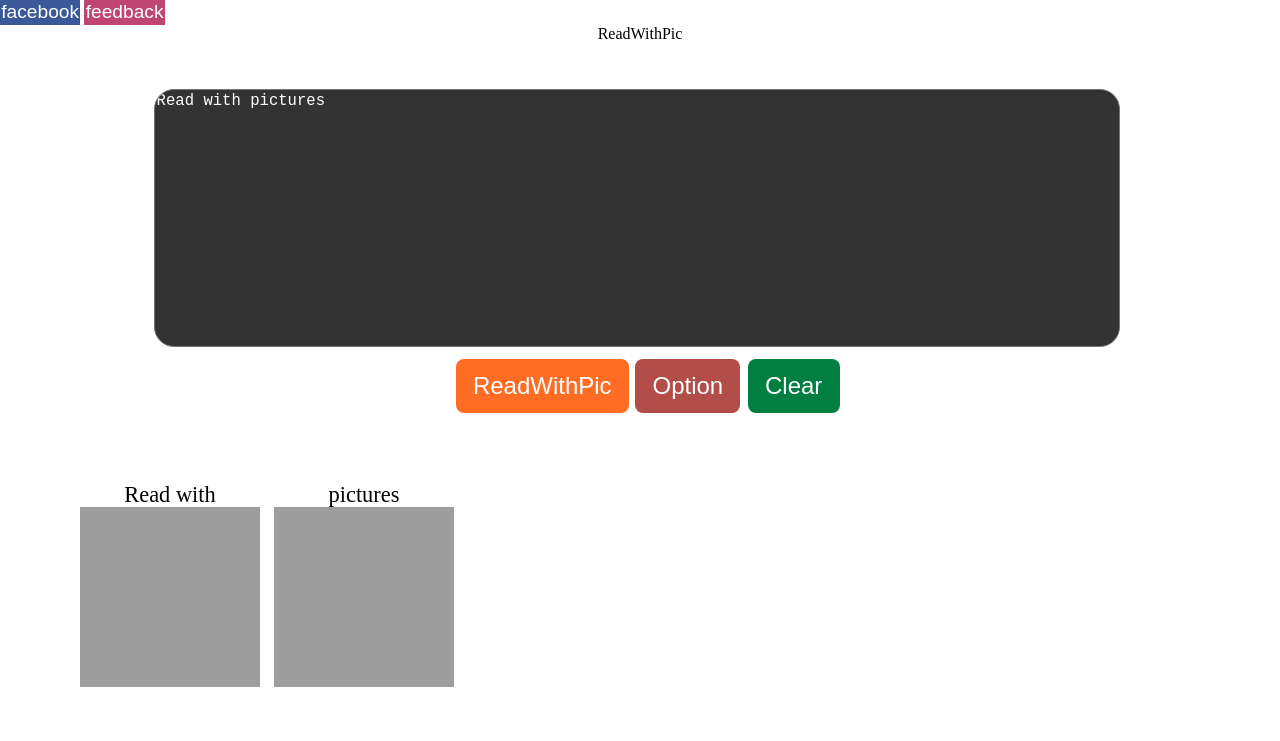
Repository: readwithpic/readwithpic.github.io
Page: index.html
The author's editor kept a record of every edit. The page is drawn from the files as they stood at one moment, then again after the next edit.
The browser window is 1280 px wide. The pictures show the whole page.
Pictures or frames that could not be fetched are drawn as grey boxes. Some web libraries are served in a nearby version.

Above is the page before.
Console error: TypeError: Cannot read properties of undefined (reading 'length')

### index.html
<!DOCTYPE html>
<html>

    <head>
        <meta charset="utf-8">
        <link rel="stylesheet" type="text/css" href="style.css" />
        <script src="https://ajax.googleapis.com/ajax/libs/jquery/2.1.3/jquery.min.js"></script>
        <script type="text/javascript" src="jscript.js"></script>
    </head>

    <body>
        <!-- <button type="button" id="feedback">Feedback</button>-->
        <!--Facebook Code-->
        <div class="social">
            <button type="button" class="facebook" onclick="window.open('https://www.facebook.com/readwithpic','_blank')">facebook
            </button>
            <button type="button" class="feedback"  onclick="window.open('https://www.facebook.com/readwithpic','_blank')">feedback
            </button>
        </div>
        <div class="logo"><a href="http://readwithpic.github.io" class="linkColor">ReadWithPic</a>
        </div>
        <div id="textBox">
            <div>
                <button type="button" id="roundB">
                    <p class="msg">R..</p>
                </button>
                <button type="button" id="closeB">
                    <p class="msg">X</p>
                </button>
            </div>
            <div>
                <textarea rows="10" cols="80" id="textInput" name="texthere">Read with pictures</textarea>
            </div>
            <div class="optionBox">
                <form action="#">
                    <div id="checkboxP">
                        <input type="checkbox" name="option" id="funny">
                        <label for="funny"><span class="cText"> Humour</span></label>
                    </div>
                    <div id="divAni">
                        <input type="checkbox" name="option" id="ani">
                        <label for="ani"><span class="cText">Animation</span></label>
                    </div>
                </form>
            </div>
            <div class="mainGroup">
                <div class="group">
                    <div id="buttonSpin">
                        <div class="spinner">
                            <div class="bounce1"></div>
                            <div class="bounce2"></div>
                            <div class="bounce3"></div>
                        </div>
                    </div>
                    <button type="button" id="convert">ReadWithPic</button>
                    <button type="button" id="option"><span id='optionText'>Option</span><span id='optionClose'>X</span></button>
                    <button type="button" id="clear">Clear</button>
                </div>
            </div>
        </div>
        <div class="front">
            <ul>
                <li class="showIt">
                    <figure>
                        <img src="http://www.auburn.edu/academic/education/reading_genie/navig/read.gif" height=180 width=180>
                        <figcaption>
                            <p class='withPic'>Read with</p>
                        </figcaption>
                    </figure>
                </li>
                <li class="showIt">
                    <figure>
                        <img src="https://pbs.twimg.com/profile_images/425063504039538688/sO0mRdKW.jpeg" height=180 width=180>
                        <figcaption>
                            <p class='withPic'>pictures</p>
                        </figcaption>
                    </figure>
                </li>
            </ul>
        </div>
        <!--debug <button type="button" id="loadme">Load</button>
            <button type="button" id="debug">debug</button>
           -->
        <div id="display">
            <ul>
                <li id="listLoad">
                    <div id="loadingSpin">
                        <div class="spinner">
                            <div class="bounce1"></div>
                            <div class="bounce2"></div>
                            <div class="bounce3"></div>
                        </div>
                    </div>
                </li>
            </ul>
        </div>
        <div><span id="sDebug"> </span><span id="what"></span>
        </div>
    </body>

</html>

### style.css
html, body { height: 100%; width: 100%; margin: 0; }


.logo{
    text-align:center;
    cursor:hand;
}

a:link {
    text-decoration: none;
}

a:visited {

    text-decoration: none;
}

a:hover {
    text-decoration: none;
}

a:active {
    text-decoration: none;

}
.linkColor{
    color:black;
}
.facebook{
   cursor:pointer;
   text-align:center;
   background-color: #3763A8;
   color: white;
   font-size: 1.2em;
   text-decoration: none;
   padding: 0.1% 0.1% ;
   border: none;
}

.facebook:hover{
    background-color:#3b5998;
}

#facebook:active{
    background-color:#3763A8;
}

.feedback{
   cursor:pointer;
   text-align:center;
   background-color: #BF4572;
   color: white;
   font-size: 1.2em;
   text-decoration: none;
   padding: 0.1% 0.1% ;
   border: none;
}

.feedback:hover{
    background-color:#7F2E4C;
}

.feedback:active{
    background-color:#BF4572;
}

.fb-like{
    width:200px;
}

li {
    display: inline-block;
    text-align:center;
    height:250px;
    padding-left:-100px;
}

.showIt{
    display:inline-block;
}

img{
    margin-right:-70px;
    float:left;
    padding:0px 0px 0px 0px;
}

#searchbox {
    width:600px;
    height:200px;
}

p {
 display:inline;
}

.withPic{
    font-size:1.4em;
    position:relative;
    left:35px;
    top:-205px;
    z-index:-1;
}
.onlyText{
 margin-left:4px;
}

#sDebug{
    background-color:brown;
}

#what{
    background-color:red;
}

/*half page div box */
#textBox{
  position:absolute;
  width:100%;
  height:50%;
}

textarea{
    -webkit-overflow-scrolling: touch;
}

#textInput{
    color:white;
    font-size:1.2em;
    position:absolute;
    display:block;
    resize:none;
    top:13%;
    left:12%;
    width:75%;
    height:70%;
    background-color:#333333;
    -moz-border-radius: 10px;
    -webkit-border-radius: 10px;
    border-radius: 20px;

}

#textInput:focus{
  border-color: #FF6C24;
  outline:none;
}

.front{
    position:relative;
    top:60%;
}

.optionBox{
    position:fixed;
    top:14%;
    background-color:#B24D4A;
    width:190px;
    height:90px;
    color:white;
    border-top-right-radius:20px;
    border-bottom-right-radius:20px;
    display:none;
}

#optionText{
    display:block;
}

#optionClose{
   margin-left:28.5px;
   margin-right:26px;
   display:none;
}

.cText{
   font-size:1.5em;
}

input[type=checkbox]
{
  display:inline-bloc;
   margin-left:15px;
   margin-top:15px;
   margin-right:10px;
  /* Double-sized Checkboxes */
  -ms-transform: scale(3); /* IE */
  -moz-transform: scale(3); /* FF */
  -webkit-transform: scale(3); /* Safari and Chrome */
  -o-transform: scale(3); /* Opera */
  padding: 10px;
}

.mainGroup {
    float:left;
    position:relative;
    top:88%;
    left:44%;
}

.group {
    width:215px;
    float:left;
    position:relative;
    left:-50%;
}

#divAni{
    margin-top:10px;
}
#convert  {
    display:inline-block;
    text-align:center;
    background-color: #FF6C24;
   -webkit-border-radius: 8px;
    -moz-border-radius: 8px;
    border-radius: 8px;
     color: white;
   font-size: 1.5em;
   text-decoration: none;
   padding: 6% 8% ;
   border: none;
   }

#convert:hover{
    background-color:#E55900;
}

#convert:active {
   background-color: #993D00;
   }

#convert:disabled{
background-color:#FFAA70;
}

#buttonSpin{
    position:absolute;
    margin-top:10%;
    margin-left:28%;
    display:none;
}

#clear{
    position:absolute;
    display:inline-block;
    margin-left:119px;
    text-align:center;
    background-color: #007F41;
   -webkit-border-radius: 8px;
    -moz-border-radius: 8px;
    border-radius: 8px;
   color: white;
   font-size: 1.5em;
   text-decoration: none;
   padding: 6% 8% ;
   border: none;
   }

#clear:hover {
   background-color:  #00683B;
   }


#clear:active {
   background-color: #007F41;
   }

#option{
    position:absolute;
    margin-left: 6.5px;
    text-align:center;
    background-color:#B24D4A;
   -webkit-border-radius: 8px;
    -moz-border-radius: 8px;
    border-radius: 8px;
   color: white;
   font-size: 1.5em;
   text-decoration: none;
   padding: 6% 8% ;
   border: none;
   }

#option:hover {
   background-color:#B23734;
   }


#option:active {
   background-color:#B24D4A;
   }


#roundB{
  position:fixed;
  top:1.5%;
  right:5%;
  width:50px;
  height:50px;
  background-color: #FF6C24;
  border-radius:50%;
  border: none;
  text-align:center;
  font-size:2em;
  color:white;
  display:none;
}

#roundB:hover{
    background-color:#E55900;
}

#roundB:active {
   background-color: #FF6C24;
   }

#closeB{
  position:fixed;
  top:1.5%;
  right:5%;
  width:50px;
  height:50px;
  background-color:#FF4024;
  border-radius:50%;
  border: none;
  text-align:center;
  font-size:2em;
  display:none;
}

#closeB:hover{
    background-color:#B20A00;
}

#closeB:active {
   background-color:#FF4024;
}



















/* Loading */
#listLoad{
  position:relative;
  width:180px;
  height:180px;
  display:none;
}

#loadingSpin{
    position:absolute;
    top:77px;
    left:67px;
    z-index:-2;
}

spinner {
  margin-left:100px;
  width: 70px;
  text-align: center;
}

.spinner > div {
  width: 15px;
  height: 15px;
  background-color: #333;
  border-radius: 100%;
  display: inline-block;
  -webkit-animation: bouncedelay 1.4s infinite ease-in-out;
  animation: bouncedelay 1.4s infinite ease-in-out;
  /* Prevent first frame from flickering when animation starts */
  -webkit-animation-fill-mode: both;
  animation-fill-mode: both;
}

.spinner .bounce1 {
  -webkit-animation-delay: -0.32s;
  animation-delay: -0.32s;
}

.spinner .bounce2 {
  -webkit-animation-delay: -0.16s;
  animation-delay: -0.16s;
}

/* loading end */

@-webkit-keyframes bouncedelay {
  0%, 80%, 100% { -webkit-transform: scale(0.0) }
  40% { -webkit-transform: scale(1.0) }
}

@keyframes bouncedelay {
  0%, 80%, 100% {
    transform: scale(0.0);
    -webkit-transform: scale(0.0);
  } 40% {
    transform: scale(1.0);
    -webkit-transform: scale(1.0);
  }
}

### jscript.js
var link = new Array();
var link2 = new Array();
//looping variables and interger only
var k, j, i, h, startNum, constantV, calNum;
var filterWords = ["is", "are", "all", "another", "any", "anybody", "anyone", "anything", "botheach", "each", "other", "either", "everybody", "everyone", "everything", "few", "he", "her", "hers", "herself", "him", "himself", "his", "it", "its", "itself", "many", "me", "mine", "more", "most", "much", "myself", "neither", "no", "one", "nobody", "none", "nothing", "another", "other", "others", "ours", "ourselves", "several", "she", "some", "somebody", "someone", "something", "their", "theirs", "them", "themselves", "these", "they", "this", "those", "us", "we", "what", "whatever", "which", "whichever", "who", "whoever", "whom", "whomever", "whose", "you", "your", "yours", "yourself", "yourselves", "that", "it's", "time", "person", "year", "way", "day", "thing", "man", "world", "life", "hand", "part", "child", "eye", "woman", "place", "work", "week", "case", "point", "government", "company", "number", "group", "problem", "fact", "be", "have", "do", "say", "get", "make", "go", "know", "take", "see", "come", "think", "look", "want", "give", "use", "find", "tell", "ask", "work", "seem", "feel", "try", "leave", "call", "good", "new", "first", "last", "long", "great", "little", "own", "other", "old", "right", "big", "high", "different", "small", "large", "next", "early", "young", "important", "few", "public", "bad", "same", "able", "to", "of", "in", "for", "on", "with", "at", "by", "from", "up", "about", "into", "over", "after", "beneath", "under", "above", "the", "and", "a", "that", "", "it", "not", "he", "as", "you", "this", "but", "his", "they", "her", "she", "or", "an", "will", "my", "one", "all", "would", "there", "their", "aboard", "about", "above", "across", "after", "against", "along", "amid", "among", "around", "as", "at", "before", "behind", "below", "beneath", "beside", "besides", "between", "beyond", "but", "by", "concerning", "considering", "despite", "down", "during", "except", "excepting", "excluding", "following", "for", "from", "in", "inside", "into", "like", "minus", "near", "of", "off", "on", "onto", "opposite", "outside", "over", "past", "per", "plus", "regarding", "round", "save", "since", "than", "through", "to", "toward", "towards", "under", "underneath", "unlike", "until", "up", "upon", "versus", "via", "with", "within", "without"];
var lastList, textInput, myScroll, loadList, count,option,animation, userInput, cleanSent, search;
var $win, $doc, $list, $textArea, $roundB, $closeB, $buttonSpin, $funny, $ani;

$(document).ready(function () {
    $list = $('li');
    textInput = $('#textInput');
    loadList = $('#listLoad');
    $win = $(window);
    $doc = $(document);
    $textArea = $('textarea');
    $roundB = $('#roundB');
    $closeB = $('#closeB');
    $buttonSpin=$('#buttonSpin');
    $funny=$('#funny');
    $ani=$('#ani');

    //Enable or Disable readwithpic button
    $textArea.keyup(function () {
        if ($(this).val() && $('li').length > 1) {
            $('#readwithpic').removeAttr('disabled');
        } else {
            $('#readwithpic').attr('disabled', 'disabled');
        }
    });

    $('#readwithpic').click(function () {
        //avoid rapid click from user
        $('#readwithpic').attr('disabled', 'disabled');

        //Immediately remove two front pictures
        $('.frontDisplay').remove();

        //textarea animation effect during middle of screen
        if (textInput.height() > 350) {
            $('#textInput').fadeOut('fast');
            $('.mainGroup').fadeOut('fast');
            $closeB.hide();

        //textarea animation effect at home page
        } else {
            $('#textInput').slideUp('fast');
            $('.mainGroup').fadeOut('fast');
        }

        //Option display for humor and animation    ----START--->
        if($funny.is(':checked')){
            option='funny';
        }else{
            option='';
        }

        if($ani.is(':checked')){
            animation='imgtype=animated&';
        }else{
            animation='';
        }

        //Don't show list of option at home page unless user pressed option button
        $('.optionBox').hide();

        //option button text
        $('#optionText').show();

        //hide option button close logo
        $('#optionClose').hide();
        //Option display    ----END----<

        //main brain of textarea    ----START---->
        count = 0;
        h = 0;
        j = 0;
        myScroll = 0;
        // default number of search images to be loaded at first
        startNum = 30;
        //constantV is assigned to calNum to load given number consistant images after each scroll
        calNum = startNum;
        link.length = 0;
        link2.length = 0;
        $('#what').empty();
        $('.onlyText').remove();
        userInput = $('textarea[name=texthere]').val();
        cleanSent = userInput.replace(/\s+/g, ' ');// remove more than 1 space.
        search = cleanSent.split(" ");//seperate each words from the sentence and put in array.
        callAjax(search[j]); //callAjax is the main function to get look for image
        //brain transfer            ----END----<

        //Remove all the lists
        $('li').remove();

        //Display loading sign as a first list element
        $('#display ul').append(loadList);

        //Display loading while ajax request
        loadList.show();

        //small upperight-corner round button
        $roundB.show('fast');
        $buttonSpin.show();
    });

    //Empty textarea
    $('#clear').click(function () {
        $textArea.val('');
    });

    //Option box
    $('#option').click(function() {
        if($('.optionBox').is(':visible')){
            $('.optionBox').hide();
            $('#optionText').show();
            $('#optionClose').hide();
        }else{
            $('.optionBox').show();
            $('#optionText').hide();
            $('#optionClose').show();
        }
    });

    //Text are control(round button)    ---START--->
    $('#roundB').click(function () {
        //display textBox at the middle of screen.
        $('#textInput').css({
            'position': 'fixed',
                'top': '10%',
                'left': '9%',
                'width': '80%',
                'height': '70%'
        });
        $('.mainGroup').css({
            'position': 'fixed',
                'top': '82%'
        });
        $('#textInput').fadeIn('fast');
        $('.mainGroup').fadeIn('fast');
        $('#closeB').show();
        $('.optionBox').css({
            'position': 'fixed',
                'top': '14%',
        });
        $(this).hide();
    });

    //close button
    $('#closeB').click(function () {
        $('#textInput').fadeOut('fast');
        $('.mainGroup').fadeOut('fast');
        $roundB.show();
        $('.optionBox').hide();
         $('#optionText').show();
        $('#optionClose').hide();
        $(this).hide();
    });
    //text are control button   ---END---<


    $win.resize(function () {
        // load the rest of screen if the user reduce the zoom less than 100%
        if (lastList.offset().top < $win.height() && myScroll === 1) {
            myScroll = 1;
            $win.scroll();
        }
    });


    //load additiona pictures when user scroll.
    $win.scroll(function () {
        if ($win.scrollTop() + $win.height() > $doc.height() - $doc.height() / 4 && myScroll === 1 && j < search.length) {
            h = 0;
            //To reuse same Array link2
            link.length = 0;
            link2.length = 0;

            //load number of images after each scroll
            constantV = 10;

            //reintalize the calNum to display given constant number of images accross the screen
            calNum += constantV;
            callAjax(search[j]);
            myScroll = 0;
        } else if (j === search.length) {
            loadList.hide();
        }
    });

    //dubugging zone
    $('#debug').click(function () {
        $('#sDebug').append('<br>' + "Linklength1 : " + link.length + '<br>');
        $('#sDebug').append("Linklength2 : " + link2.length + '<br>');
        $("#sDebug").append("dubug j value :" + j + '<br>');
        $('#sDebug').append("dubug i value:" + i + '<br>');
        $('#sDebug').append("dubug count value:" + count + '<br>');
        $('#sDebug').append("dubug k value:" + k + '<br>');
    });
});

function callAjax(index) {
    var choice,animationPic;
    var rand=Math.floor(Math.random() * 3);

    if( rand === 1 && option==='funny'){
        choice='funny';
    }else{
        choice='';
    }

    if((rand === 1 || rand === 2) && animation === 'imgtype=animated&'){
        animationPic = 'imgtype=animated&';
    }else{
        animationPic = '';
    }

    var look = new URL('https://ajax.googleapis.com/ajax/services/search/images?v=1.0&safe=active&' + animationPic + 'q=' + choice + index + '&callback=?');
    $.ajax({
        url:look,
        dataType: 'json',
        success: function (data) {
            if (data.responseData.results.length === 0) {
                if (j < startNum) {
                    link[j] = "http://upload.wikimedia.org/wikipedia/commons/9/98/MA_Route_blank.svg";
                    j++;
                } else {
                    link2[h] = "http://upload.wikimedia.org/wikipedia/commons/9/98/MA_Route_blank.svg";
                    j++;
                    h++;
                }
            } else {
                if (j < startNum) {
                    link[j] = data.responseData.results[0].url;
                    j++;
                } else {
                    link2[h] = data.responseData.results[0].url;
                    j++;
                    h++;
                }
            }
            //checked against the calNum to make sure it doesn't load images more then startNum(default number of images to be load at first)
            if (j < search.length && j < calNum) {
                callAjax(search[j]);
            } else {
                show();
            }
        }
    });
}

//function do display first 30 words
function show() {
    var loopNum;
    i = 0;

    //slideUp or fadeOut the textarea and button
    if (count === 0) {
        for (i; i < j; i++) {;
            //indexOf(search[j]) returns -1 if the value is not present inside array search[j];
            //check if search[j] is not the first html list element
            if (filterWords.indexOf(search[i]) !== -1 && $list.length > 0) {
                $('.withPic').last().append('<p class=onlyText>' + search[i] + '</p>');
            } else {
                $('#display ul').append('<li class="showIt">' + '<figure>' + '<img src="' + link[i] + '" height=180 width=180>' +
                    '<figcaption>' + '<p class=withPic>' + search[i] + '</p>' + '</figcaption>' + '</figure>' + '</li>');
            }
        }
        $buttonSpin.hide();

        //get the last list element
        lastList = $('li:last').attr('class', 'showIt');

        //always put the loading at the last element
        $('#display ul').append(loadList);

        //disable this for loop
        count = 1;

        //initiate scroll
        myScroll = 1;

        //for bigger bigger resolution or screen to load more list element than intiated max startNum value
        if (lastList.offset().top < $win.height()) {
            $win.scroll();
        }
    } else {
        k = 0;
        //to run the loop if the value of constantV is less then link2.length.
        if (link2.length < constantV) {
            i = j - link2.length;
            loopNum = i + link2.length;
            //$('#what').append('<br>' + 'insideLOOPNUM: ' + loopNum);
            //Once value of j arrives here it'll be orginal value + constantV because callAjax function have already run twice
        } else {
            i = j - constantV;
            loopNum = i + constantV;
        }
        for (i; i < loopNum; i++) {
            //indexOf(search[j]) returns -1 if the value is not present inside array search[j];
            //check if search[j] is not the first html list element
            if (filterWords.indexOf(search[i]) !== -1 && $list.length > 0) {
                $('.withPic').last().append('<p class=onlyText>' + search[i] + '</p>');
            } else {
                $('#display ul').append('<li class="showIt">' + '<figure>' + '<img src="' + link2[k] + '" height=180 width=180>' +
                    '<figcaption>' + '<p class=withPic>' + search[i] + '</p>' + '</figcaption>' + '</figure>' + '</li>');
            }
            k++;
            //for debug purposes
            // $('#what').append('<br>' + 'insideIvalue: ' + i);
            // $('#what').append('<br>' + 'insideKvalue: ' + k);
            // $('#what').append('<br>' + 'insideJvalue: ' + j);
        }

        $('#display ul').append(loadList);

        myScroll = 1;

        if (lastList.offset().top < $win.height()) {
            $win.scroll();
        }
    }
}

After the next edit:
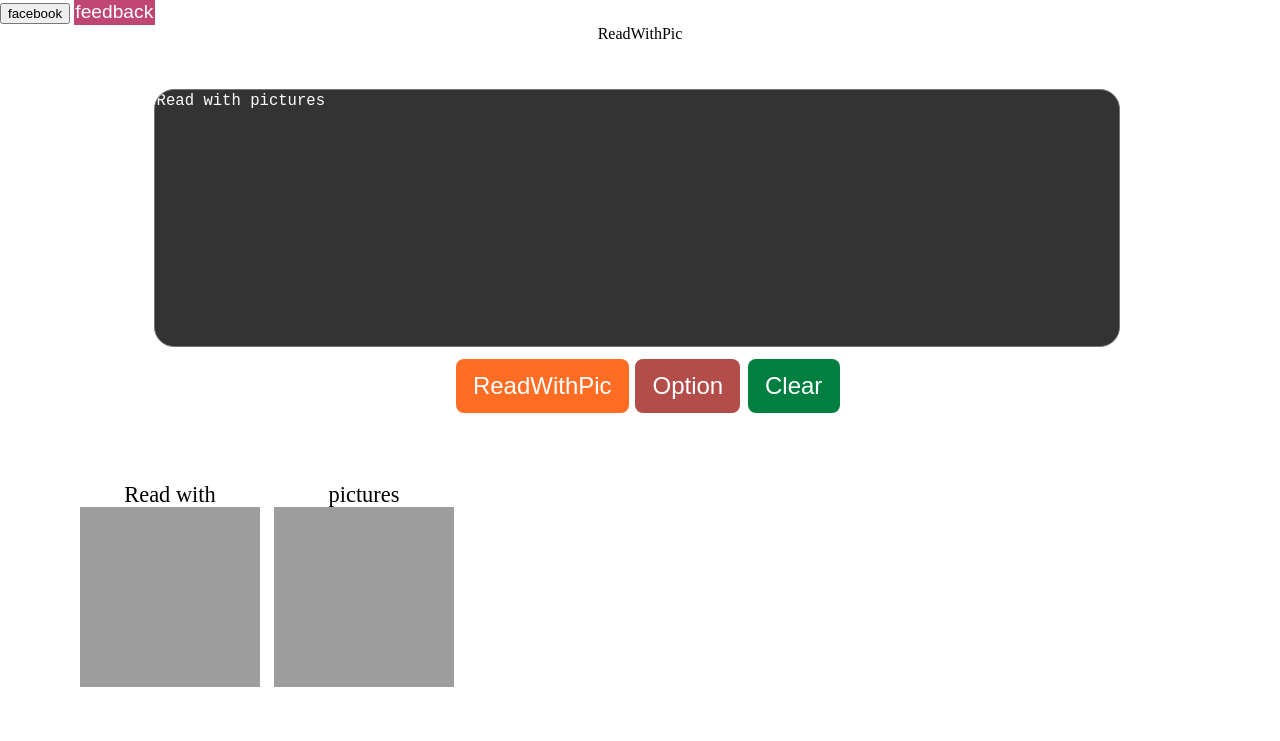
The edit:
--- a/style.css
+++ b/style.css
@@ -26,7 +26,7 @@
 .linkColor{
     color:black;
 }
-.facebook{
+#facebook{
    cursor:pointer;
    text-align:center;
    background-color: #3763A8;
@@ -37,7 +37,7 @@
    border: none;
 }
 
-.facebook:hover{
+#facebook:hover{
     background-color:#3b5998;
 }
 
